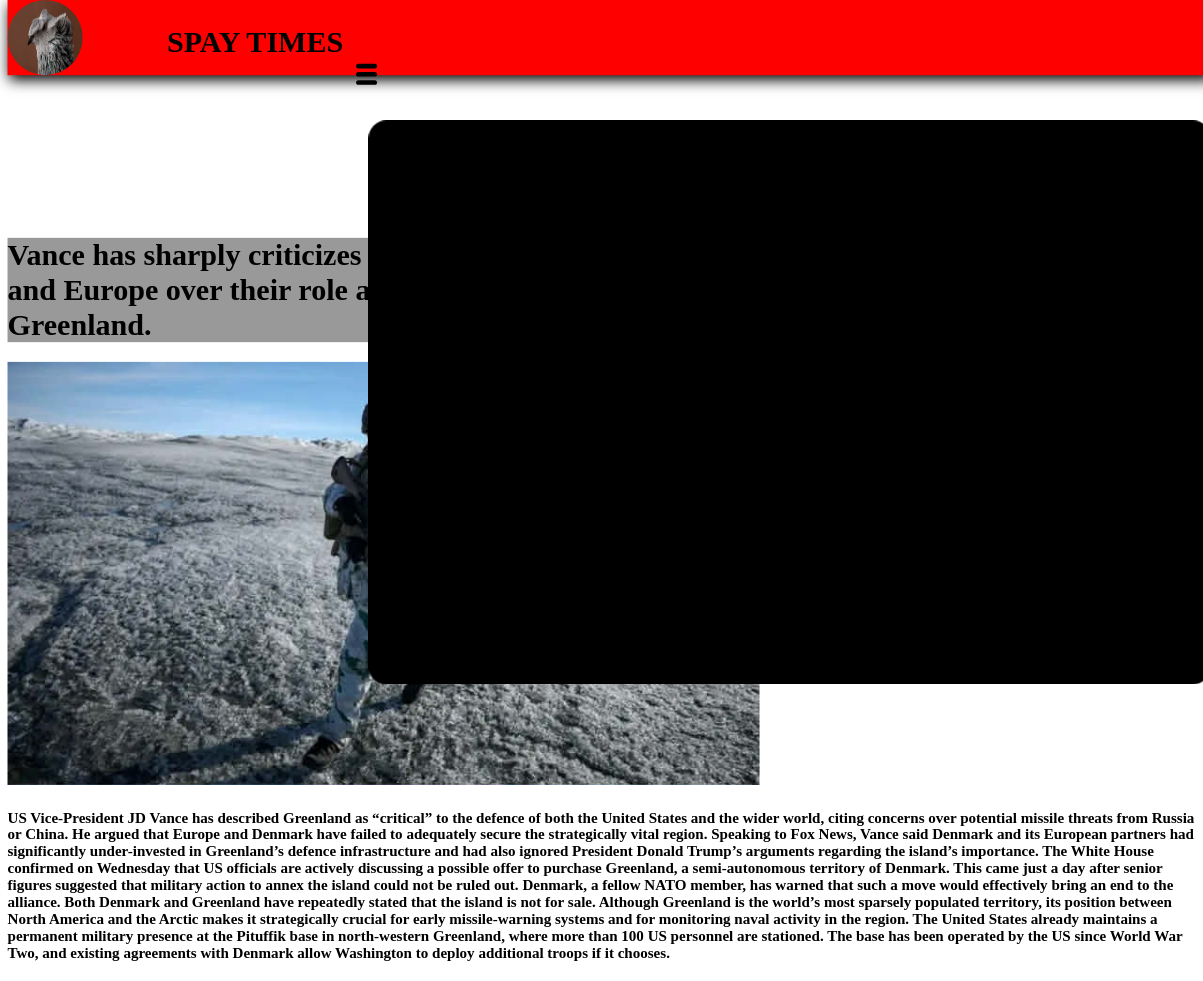
Repository: ridhukhan/spytimes
Page: /, after clicking the first element matching `svg`
These files come from the project's save history. The page is drawn as it stood at one moment and after the next save; the edit follows.
The browser window is 1280 px wide. The pictures show the whole page, at 94% of full size.
The project was rebuilt for these pictures with package versions that can differ from the ones it lists, and the page was loaded fresh each time. Also part of the build but not shown: vite.config.js.

Above is the page before, as saved 2026-01-09 22:21:35.

### index.html
<!doctype html>
<html lang="en">
  <head>
    <meta charset="UTF-8" />
    <link rel="icon" type="image/svg+xml" href="/vite.svg" />
    <meta name="viewport" content="width=device-width, initial-scale=1.0" />
    <title>spytimes</title>
  </head>
  <body>
    <div id="root"></div>
    <script type="module" src="/src/main.jsx"></script>
  </body>
</html>

### src/main.jsx
import { StrictMode } from 'react'
import {BrowserRouter} from "react-router-dom"

import { createRoot } from 'react-dom/client'
import './index.css'
import App from './App.jsx'
createRoot(document.getElementById('root')).render(
  <StrictMode>
    <BrowserRouter>
    <App />
    </BrowserRouter>
  </StrictMode>,
)

### src/index.css
@media screen and (max-width:414px){
  *{
    width: 100%;
    padding:0;
margin: 0;
  }

  body{
width: 100%;
background-color: white;
color: black;
  }
}

### src/App.jsx
import { Route, Routes } from "react-router-dom"
import Navbar from "./nav/Navbar"
import Home from "./pages/home/Home"



function App() {

  return (
    <div>
   <Navbar/>
   <Routes>
    <Route path="/" element={<Home/>}/>
   </Routes>
    </div>
  )
}

export default App

### src/nav/Navbar.jsx
import React from 'react'
import { TiThMenu } from "react-icons/ti";
import logo from "../assets/download.jpeg"
import { useState } from 'react';
const Navbar = () => {
    const [openmenu,setOpenmenu]=useState(false)
  return (
    <div style={{position:"fixed",backgroundColor:"red",display:"flex",
    width:"100%", height:"80px", top:"0", zIndex:"1000", boxShadow:"2px 5px 14px black"}}>
<img src={logo} alt="logo" style={{width:"80px", height:"80px", borderRadius:"100%"}}/>
<h1 style={{marginTop:"2%", marginLeft:"7%",}}>SPAY TIMES</h1>
<TiThMenu  onClick={()=>setOpenmenu(!openmenu)}  style={{width:"50px",height:"30px", marginTop:"5%", }}/>

   {openmenu? <div style={{position:"absolute",width:"70%",background:"black", height:"600px", zIndex:"999", marginTop:"10%", borderRadius:"19px", right:"0"}}>

   </div>: null}
    </div>
  )
}


export default Navbar

### src/pages/home/Home.jsx
import React from 'react'
import home1 from "../../assets/home1.jpeg"
const Home = () => {
  return (
    <div style={{marginTop:"20%"}}>


        <h1 style={{backgroundColor:"#999"}}>Vance has sharply criticizes Denmark <br /> and Europe over their role and management regarding <br /> Greenland.</h1>

        <img src={home1} alt="home1" />
       <h4>
        US Vice-President JD Vance has described Greenland as “critical” to the defence of both the United States and the wider world, citing concerns over potential missile threats from Russia or China. He argued that Europe and Denmark have failed to adequately secure the strategically vital region.

Speaking to Fox News, Vance said Denmark and its European partners had significantly under-invested in Greenland’s defence infrastructure and had also ignored President Donald Trump’s arguments regarding the island’s importance.

The White House confirmed on Wednesday that US officials are actively discussing a possible offer to purchase Greenland, a semi-autonomous territory of Denmark. This came just a day after senior figures suggested that military action to annex the island could not be ruled out.

Denmark, a fellow NATO member, has warned that such a move would effectively bring an end to the alliance. Both Denmark and Greenland have repeatedly stated that the island is not for sale.

Although Greenland is the world’s most sparsely populated territory, its position between North America and the Arctic makes it strategically crucial for early missile-warning systems and for monitoring naval activity in the region.

The United States already maintains a permanent military presence at the Pituffik base in north-western Greenland, where more than 100 US personnel are stationed. The base has been operated by the US since World War Two, and existing agreements with Denmark allow Washington to deploy additional troops if it chooses.
       </h4>

    </div>
  )
}

export default Home

After the next save:
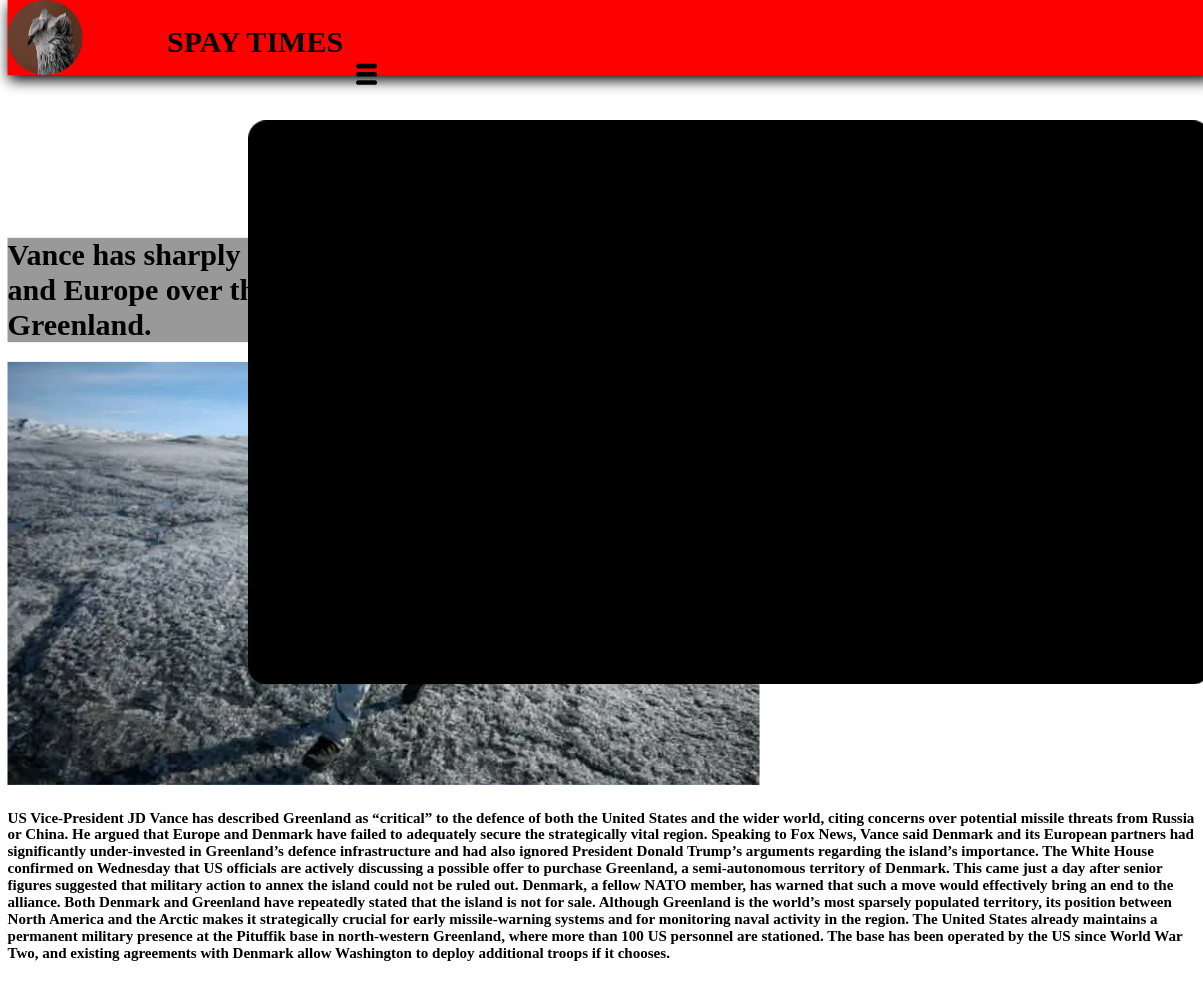
Saved 15 s later.
--- a/src/nav/Navbar.jsx
+++ b/src/nav/Navbar.jsx
@@ -11,7 +11,7 @@
 <h1 style={{marginTop:"2%", marginLeft:"7%",}}>SPAY TIMES</h1>
 <TiThMenu  onClick={()=>setOpenmenu(!openmenu)}  style={{width:"50px",height:"30px", marginTop:"5%", }}/>
 
-   {openmenu? <div style={{position:"absolute",width:"70%",background:"black", height:"600px", zIndex:"999", marginTop:"10%", borderRadius:"19px", right:"0"}}>
+   {openmenu? <div style={{position:"absolute",width:"80%",background:"black", height:"600px", zIndex:"999", marginTop:"10%", borderRadius:"19px", right:"0"}}>
 
    </div>: null}
     </div>
